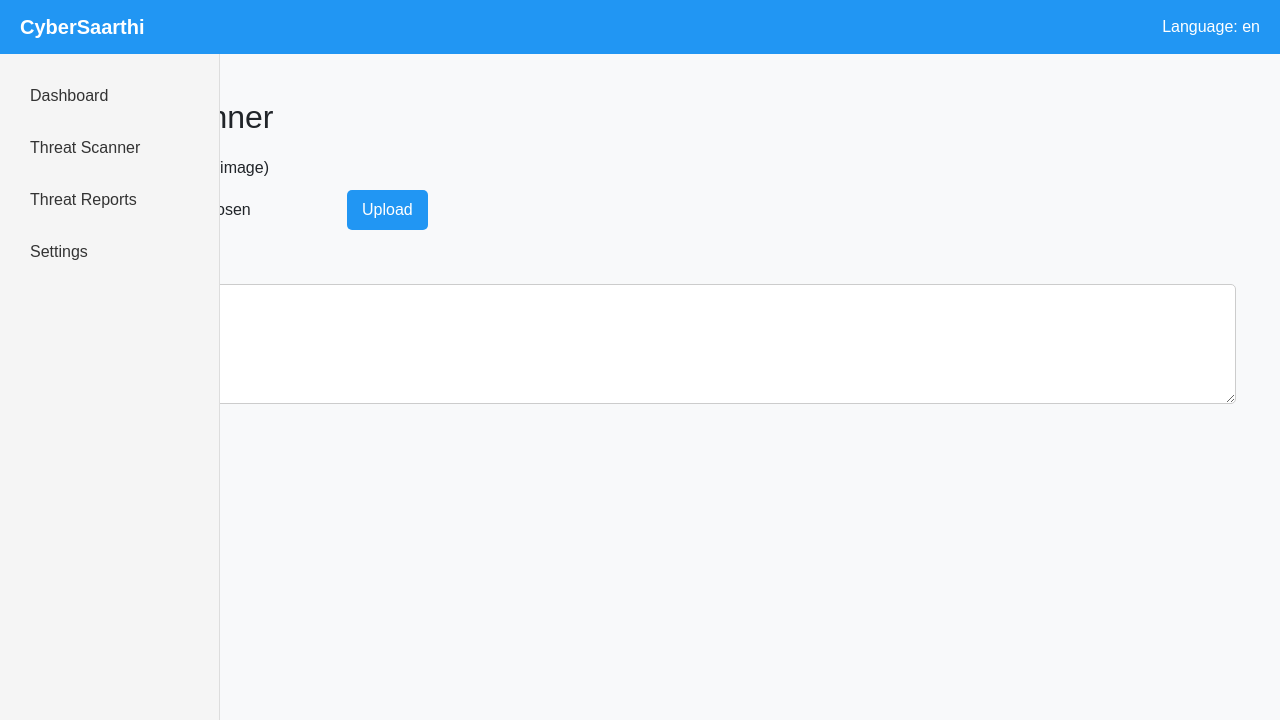
Repository: riyaaaa19/CyberSaarthi
Page: /invoice (app in frontend/)
These files come from the project's save history. The page is drawn as it stood at one moment and after the next save; the edit follows.
The browser window is 1280 px wide. The pictures show the whole page.
The project was rebuilt for these pictures with package versions that can differ from the ones it lists, and the page was loaded fresh each time. Also part of the build but not shown: frontend/vite.config.ts, frontend/src/pages/Dashboard.js, frontend/src/pages/Reports.js, frontend/src/pages/Settings.js, frontend/src/pages/Scanner.js.

Above is the page before, as saved 2025-08-20 23:34:18.

After the next save:
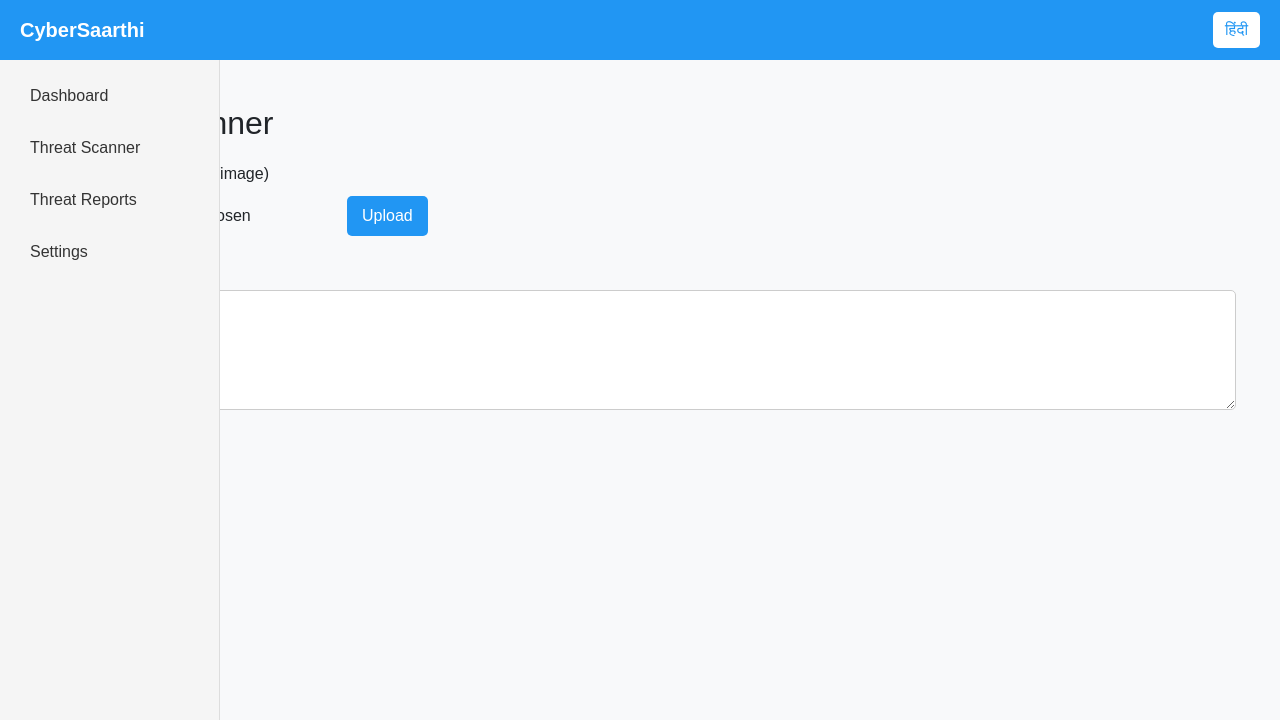
Saved 2 min 27 s later.
--- a/frontend/src/components/Navbar.js
+++ b/frontend/src/components/Navbar.js
@@ -1,5 +1,5 @@
 import React from "react";
-import { t } from "../i18n";
+import { t, setLang } from "../i18n";
 
 function Navbar() {
   const barStyle = {
@@ -16,10 +16,28 @@ function Navbar() {
 
   const brandStyle = { fontSize: "20px", fontWeight: "bold" };
 
+  const toggleLang = () => {
+    const current = localStorage.getItem("LANG") || "en";
+    const newLang = current === "en" ? "hi" : "en";
+    setLang(newLang); // reloads app with new lang
+  };
+
   return (
     <nav style={barStyle}>
       <div style={brandStyle}>CyberSaarthi</div>
-      <div>{t("settings.lang")}: {localStorage.getItem("LANG") || "en"}</div>
+      <button
+        onClick={toggleLang}
+        style={{
+          padding: "6px 12px",
+          background: "white",
+          color: "#2196f3",
+          border: "none",
+          borderRadius: "5px",
+          cursor: "pointer"
+        }}
+      >
+        {localStorage.getItem("LANG") === "hi" ? "EN" : "हिंदी"}
+      </button>
     </nav>
   );
 }
